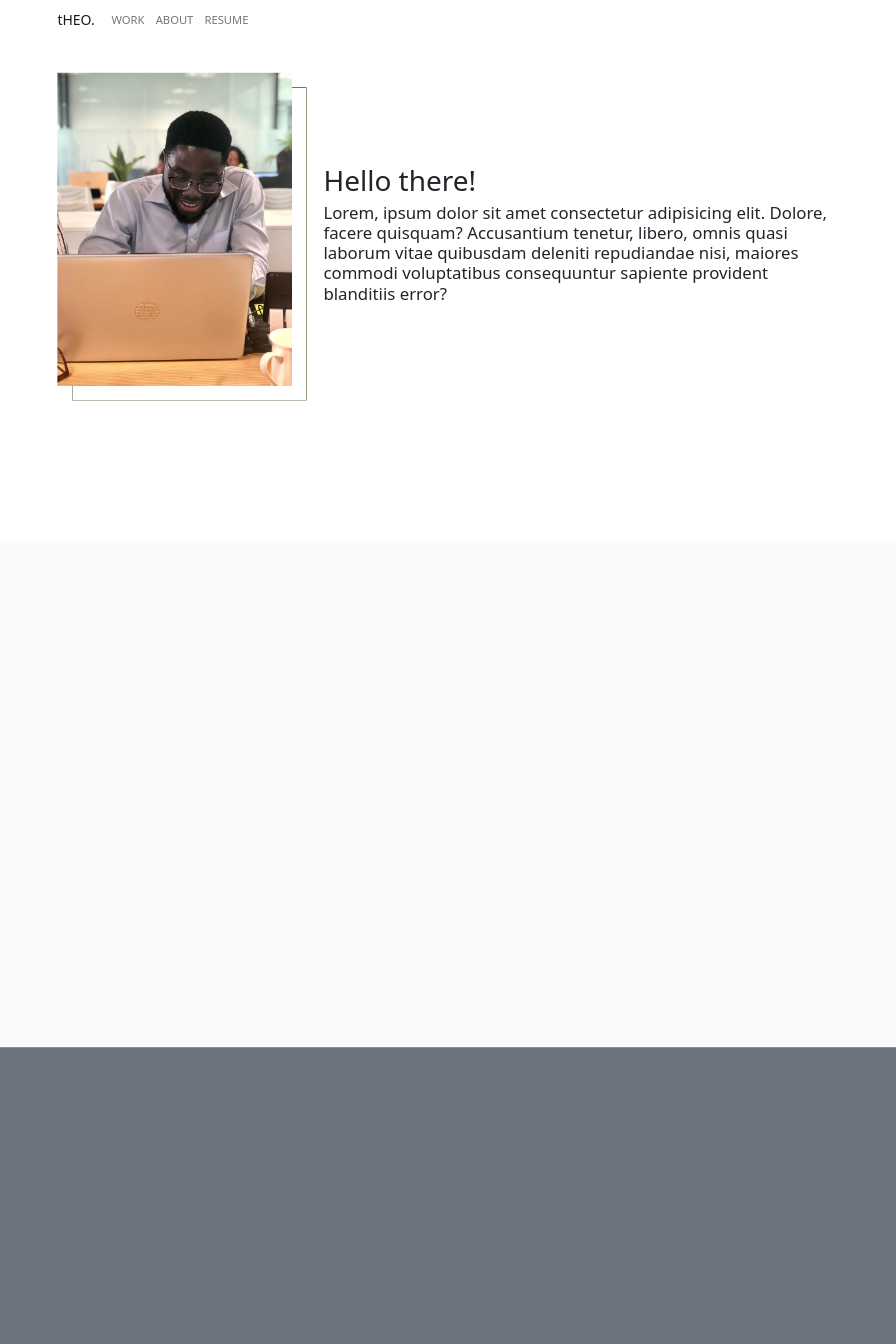
Repository: tHEO2k17/portfolio
Page: /
The author's editor kept a copy of each file at every save. The page is drawn from the files as they stood at one save, then again after the next save.
The browser window is 1280 px wide. The pictures show the part of the page from y = 0 to 1920 px (the page is 3056 px tall before and 3000 px after), at 70% of full size.
The project was rebuilt for these pictures with package versions that can differ from the ones it lists, and the page was loaded fresh each time.

Above is the page before, as saved 2021-07-21 23:18:05.

After the next save:
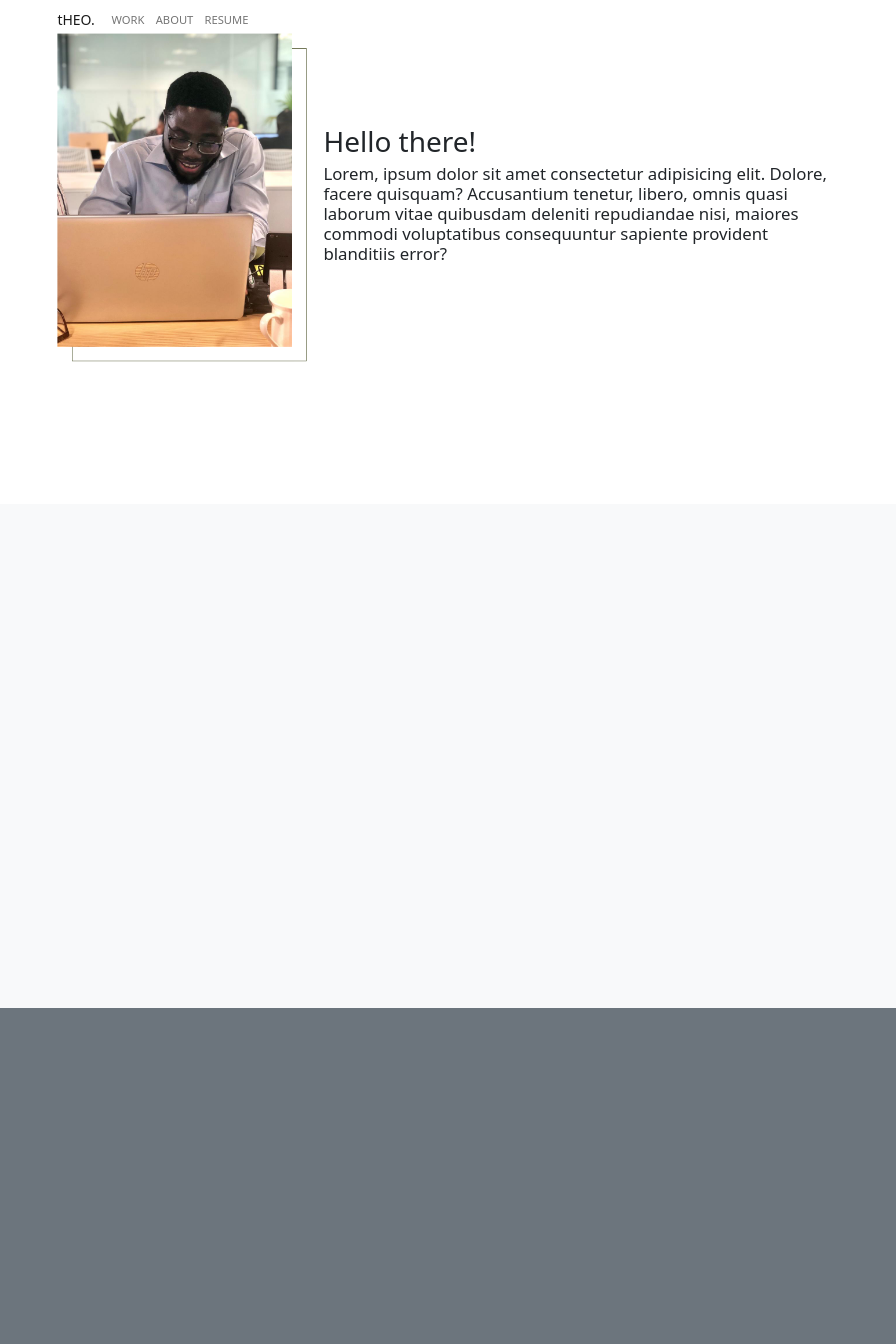
Saved 50 s later.
--- a/src/presentation/pages/HomePage.tsx
+++ b/src/presentation/pages/HomePage.tsx
@@ -3,7 +3,7 @@ import { Col, Container, Nav, Navbar, Row, Image } from "react-bootstrap";
 export default function HomePage() {
     return (
         <>
-            <Navbar expand="lg" variant="light">
+            <Navbar expand="lg" fixed="top" variant="light">
                 <Container>
                     <Navbar.Brand href="#home">tHEO.</Navbar.Brand>
                     <Navbar.Toggle />
